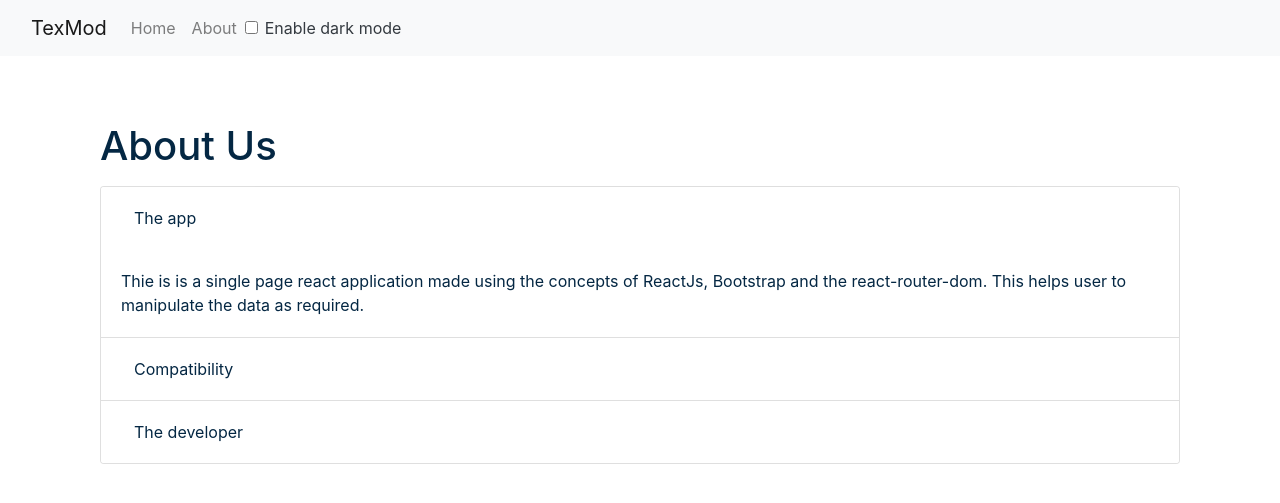
Repository: Ayush-dixit-15/TexMod
Page: /about
The author's editor kept a copy of each file at every save. The page is drawn from the files as they stood at one save, then again after the next save.
The browser window is 1280 px wide. The pictures show the whole page.
The project was rebuilt for these pictures with package versions that can differ from the ones it lists, and the page was loaded fresh each time. Also part of the build but not shown: src/index.css, src/App.css, src/components/TextForm.js.

Above is the page before, as saved 2022-07-01 20:10:59.

### public/index.html
<!DOCTYPE html>
<html lang="en">
  <head>
    <meta charset="utf-8" />
    <link rel="icon" href="%PUBLIC_URL%/favicon.ico" />
    <meta name="viewport" content="width=device-width, initial-scale=1" />
    <meta name="theme-color" content="#000000" />
    <meta
      name="description"
      content=""
    />
    <link rel="apple-touch-icon" href="%PUBLIC_URL%/logo192.png" />
    <link rel="manifest" href="%PUBLIC_URL%/manifest.json" />
    <link rel="stylesheet" href="https://cdn.jsdelivr.net/npm/bootstrap@4.6.1/dist/css/bootstrap.min.css" integrity="sha384-zCbKRCUGaJDkqS1kPbPd7TveP5iyJE0EjAuZQTgFLD2ylzuqKfdKlfG/eSrtxUkn" crossorigin="anonymous">
    <link rel="apple-touch-icon" sizes="57x57" href="/apple-icon-57x57.png">
    <link rel="apple-touch-icon" sizes="57x57" href="/apple-icon-57x57.png">
    <link rel="apple-touch-icon" sizes="60x60" href="/apple-icon-60x60.png">
    <link rel="apple-touch-icon" sizes="72x72" href="/apple-icon-72x72.png">
    <link rel="apple-touch-icon" sizes="76x76" href="/apple-icon-76x76.png">
    <link rel="apple-touch-icon" sizes="114x114" href="/apple-icon-114x114.png">
    <link rel="apple-touch-icon" sizes="120x120" href="/apple-icon-120x120.png">
    <link rel="apple-touch-icon" sizes="144x144" href="/apple-icon-144x144.png">
    <link rel="apple-touch-icon" sizes="152x152" href="/apple-icon-152x152.png">
    <link rel="apple-touch-icon" sizes="180x180" href="/apple-icon-180x180.png">
    <link rel="icon" type="image/png" sizes="192x192"  href="/android-icon-192x192.png">
    <link rel="icon" type="image/png" sizes="32x32" href="/favicon-32x32.png">
    <link rel="icon" type="image/png" sizes="96x96" href="/favicon-96x96.png">
    <link rel="icon" type="image/png" sizes="16x16" href="/favicon-16x16.png">
    <link rel="manifest" href="/manifest.json">
    <meta name="msapplication-TileColor" content="#ffffff">
    <meta name="msapplication-TileImage" content="/ms-icon-144x144.png">
    <meta name="theme-color" content="#ffffff">
    <title>TexMod</title>
  </head>
  <body>

    <div id="root"></div>
    <script src="https://cdn.jsdelivr.net/npm/jquery@3.5.1/dist/jquery.slim.min.js" integrity="sha384-DfXdz2htPH0lsSSs5nCTpuj/zy4C+OGpamoFVy38MVBnE+IbbVYUew+OrCXaRkfj" crossorigin="anonymous"></script>
    <script src="https://cdn.jsdelivr.net/npm/bootstrap@4.6.1/dist/js/bootstrap.bundle.min.js" integrity="sha384-fQybjgWLrvvRgtW6bFlB7jaZrFsaBXjsOMm/tB9LTS58ONXgqbR9W8oWht/amnpF" crossorigin="anonymous"></script>
  </body>
</html>

### src/App.js
import './App.css';
import Navbar from './components/Navbar';
import TextForm from './components/TextForm';
import About from './components/About';
import React, { useState } from 'react';
import Alert from './components/Alert';
import {
  BrowserRouter as Router,
  Switch,
  Route
} from "react-router-dom";


function App() {
  const [mode, setMode] = useState('light'); // Whether dark mode is enabled or not
  const [alert, setAlert] = useState(null);

  const showAlert = (message, type)=>{
      setAlert({
        msg: message,
        type: type
      })
      setTimeout(() => {
          setAlert(null);
      }, 1500);
  }

  const toggleMode = ()=>{
    if(mode === 'light'){
      setMode('dark');
      document.body.style.backgroundColor = '#042743';
      showAlert("Dark mode has been enabled", "success");
    }
    else{
      setMode('light');
      document.body.style.backgroundColor = 'white';
      showAlert("Light mode has been enabled", "success");
    }
  }
  return (
    <>
    <Router>
    <Navbar title="TexMod" mode={mode} toggleMode={toggleMode} key={new Date()} />
    <Alert alert={alert}/>
    <div className="container my-3">
    <Switch>
    {/* /users --> Component 1
        /users/home --> Component 2 */}
          <Route exact path="/about">
            <About mode={mode} />
          </Route>
          <Route exact path="/">
            <TextForm showAlert={showAlert} heading="TexMod" mode={mode}/>
          </Route>
    </Switch>
    </div>
    </Router>
    </>
  );
}

export default App;

### src/components/Navbar.js
import React from "react";
import PropTypes from "prop-types";
import { Link } from "react-router-dom";

export default function Navbar(props) {
  return (
    <nav
      className={`navbar navbar-expand-lg navbar-${props.mode} bg-${props.mode}`}
    >
      <div className="container-fluid">
        <Link className="navbar-brand" to="/">
          {props.title}
        </Link>
        <button
          className="navbar-toggler"
          type="button"
          data-bs-toggle="collapse"
          data-bs-target="#navbarSupportedContent"
          aria-controls="navbarSupportedContent"
          aria-expanded="false"
          aria-label="Toggle navigation"
        >
          <span className="navbar-toggler-icon"></span>
        </button>
        <div className="collapse navbar-collapse" id="navbarSupportedContent">
          <ul className="navbar-nav me-auto mb-2 mb-lg-0">
            <li className="nav-item">
              <Link className="nav-link" aria-current="page" to="/">
                Home
              </Link>
            </li>
            <li className="nav-item">
              <Link className="nav-link" to="/about">
                {props.aboutText}
              </Link>
            </li>
          </ul>
          <div
            className={`form-check form-switch text-${
              props.mode === "light" ? "dark" : "light"
            }`}
          >

            <input class="form-check-input"   onClick={props.toggleMode} type="checkbox" role="switch" id="flexSwitchCheckDefault"/>
  <label class="form-check-label" for="flexSwitchCheckDefault">  Enable dark mode</label>
          </div>
        </div>
      </div>
    </nav>
  );
}

Navbar.propTypes = {
  title: PropTypes.string.isRequired,
  aboutText: PropTypes.string.isRequired,
};

Navbar.defaultProps = {
  title: "Set title here",
  aboutText: "About",
};

### src/components/About.js
import React from 'react'

export default function About(props) {

    // const [myStyle, setMyStyle] = useState({
    //     color: 'black',
    //     backgroundColor: 'white'
    // })
    let myStyle = {
        color: props.mode ==='dark'?'white':'#042743',
        backgroundColor: props.mode ==='dark'?'rgb(36 74 104)':'white',
    }

    return (
        <div className="container" style={myStyle}>
            <h1 className="my-3" style={{color: props.mode ==='dark'?'white':'#042743'}}>About Us</h1>
            <div class="accordion" id="accordionExample" style={myStyle}>
  <div class="card">
    <div class="card-header" id="headingOne" style={myStyle}>
      <h2 class="mb-0">
        <button class="btn btn-link btn-block text-left collapsed" type="button" data-toggle="collapse" data-target="#collapseOne" aria-expanded="true" aria-controls="collapseOne" style={myStyle}>
          The app
        </button>
      </h2>
    </div>

    <div id="collapseOne" class="collapse show" aria-labelledby="headingOne" data-parent="#accordionExample">
      <div class="card-body" style={myStyle}>
         Thie is is a single page react application made using the concepts of ReactJs, Bootstrap and the react-router-dom. This helps user to manipulate the data as required.
      </div>
    </div>
  </div>
  <div class="card">
    <div class="card-header" id="headingTwo" style={myStyle}>
      <h2 class="mb-0">
        <button class="btn btn-link btn-block text-left collapsed" type="button" data-toggle="collapse" data-target="#collapseTwo" aria-expanded="false" aria-controls="collapseTwo" style={myStyle}>
          Compatibility
        </button>
      </h2>
    </div>
    <div id="collapseTwo" class="collapse" aria-labelledby="headingTwo" data-parent="#accordionExample">
      <div class="card-body" style={myStyle}>
       This react applicaion is compatible to all sorts of web browsers be it Chrome, Eplorer, Firefox or Opera.
      </div>
    </div>
  </div>
  <div class="card">
    <div class="card-header" id="headingThree" style={myStyle}>
      <h2 class="mb-0">
        <button class="btn btn-link btn-block text-left collapsed" type="button" data-toggle="collapse" data-target="#collapseThree" aria-expanded="false" aria-controls="collapseThree" style={myStyle}>
         The developer
        </button>
      </h2>
    </div>
    <div id="collapseThree" class="collapse" aria-labelledby="headingThree" data-parent="#accordionExample">
      <div class="card-body" style={myStyle}>
       The tex-mod application is devloped by Ayush Dixit, an Undergrad at Bharati Vidyapeeth College of Engineering, New Delhi .
      </div>
    </div>
  </div>
</div>
        </div>
    )
}

Loaded but not shown: src/index.js (common file); src/reportWebVitals.js (common file); src/components/Alert.js (common file)

After the next save:
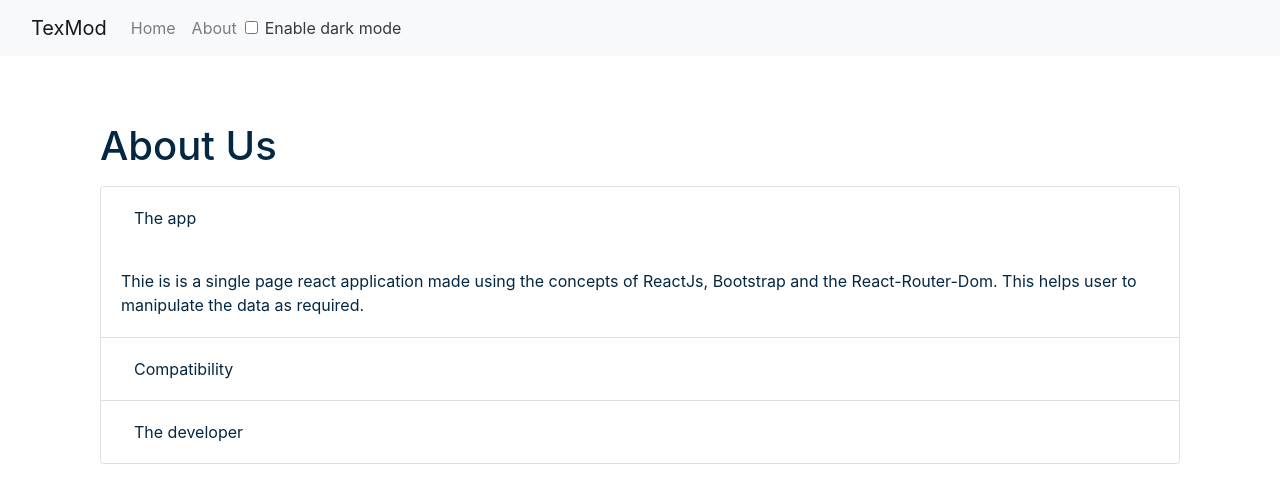
Saved 33 s later.
--- a/src/components/About.js
+++ b/src/components/About.js
@@ -26,7 +26,7 @@ export default function About(props) {
 
     <div id="collapseOne" class="collapse show" aria-labelledby="headingOne" data-parent="#accordionExample">
       <div class="card-body" style={myStyle}>
-         Thie is is a single page react application made using the concepts of ReactJs, Bootstrap and the react-router-dom. This helps user to manipulate the data as required.
+         Thie is is a single page react application made using the concepts of ReactJs, Bootstrap and the React-Router-Dom. This helps user to manipulate the data as required.
       </div>
     </div>
   </div>
